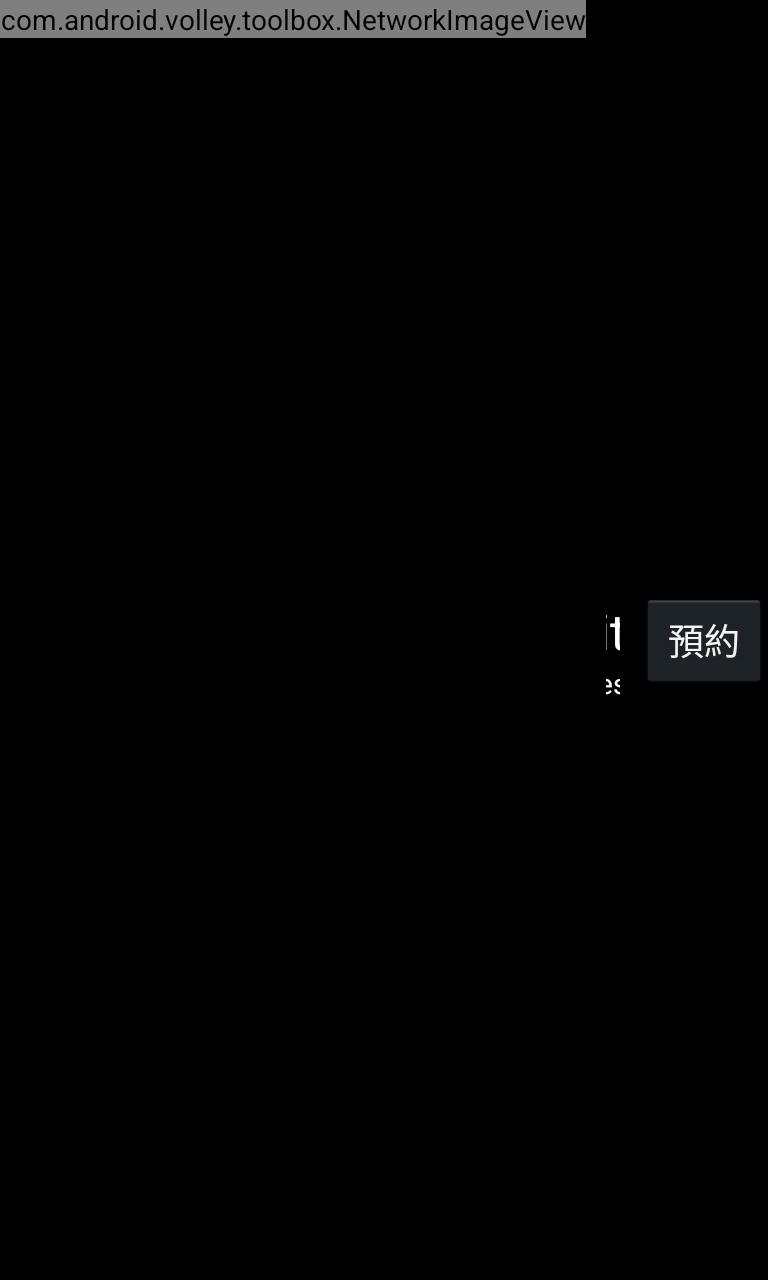
Repository: cnevinc/togather
Layout: GeorgeMe/res/layout/list_item_shop.xml
The author's editor kept a copy of each file at every save. The layout is drawn from the files as they stood at one save, then again after the next save.
Pictures or frames that could not be fetched are drawn as grey boxes. It is drawn on a 768 x 1280 px phone screen (xhdpi) without system bars, with theme android:Theme.Holo; the app's code is not run.

Above is the layout before, as saved 2014-07-26 18:48:03.

### GeorgeMe/res/layout/list_item_shop.xml
<?xml version="1.0" encoding="utf-8"?>
<FrameLayout xmlns:android="http://schemas.android.com/apk/res/android"
    android:layout_width="fill_parent"
    android:layout_height="fill_parent"
    android:layout_margin="10dp" >

    <RelativeLayout
        android:id="@+id/back"
        android:layout_width="match_parent"
        android:layout_height="match_parent"
        android:tag="back" >

        <TextView
            android:id="@+id/other_info"
            android:layout_width="wrap_content"
            android:layout_height="wrap_content"
            android:layout_alignParentLeft="true"
            android:layout_centerInParent="true"
            android:layout_toLeftOf="@+id/other_action"
            android:text="Name"
            android:textColor="#ffffff"
            android:textSize="20sp" />

        <Button
            android:id="@+id/other_action"
            android:layout_width="wrap_content"
            android:layout_height="wrap_content"
            android:layout_alignParentRight="true"
            android:text="觀看食記" >
        </Button>
    </RelativeLayout>

    <RelativeLayout
        android:id="@+id/front"
        android:layout_width="match_parent"
        android:layout_height="match_parent"
        android:background="#000000"
        android:orientation="vertical"
        android:paddingBottom="10dp"
        android:tag="front" >

        <com.android.volley.toolbox.NetworkImageView
            xmlns:app="http://schemas.android.com/apk/res-auto"
            android:id="@+id/thumbail"
            android:layout_width="wrap_content"
            android:layout_height="wrap_content"
            android:background="@drawable/ic_launcher" />

        <!-- android:layout_centerVertical="true" -->

        <RelativeLayout
            android:id="@+id/relativeLayout1"
            android:layout_width="wrap_content"
            android:layout_height="wrap_content"
            android:layout_centerInParent="true"
            android:layout_marginLeft="10dp"
            android:layout_marginRight="10dp"
            android:layout_toLeftOf="@+id/main_action"
            android:layout_toRightOf="@+id/thumbail"
            android:gravity="center" >

            <!-- android:layout_alignParentTop="true" -->

            <TextView
                android:id="@+id/title"
                android:layout_width="wrap_content"
                android:layout_height="wrap_content"
                android:layout_marginLeft="10dp"
                android:layout_marginTop="10dp"
                android:text="title"
                android:textColor="#ffffff"
                android:textSize="25sp" />

            <TextView
                android:id="@+id/desc"
                android:layout_width="wrap_content"
                android:layout_height="wrap_content"
                android:layout_below="@+id/title"
                android:layout_marginLeft="10dp"
                android:text="desc"
                android:textColor="#ffffff" />
        </RelativeLayout>

        <Button
            android:id="@+id/main_action"
            android:layout_width="wrap_content"
            android:layout_height="wrap_content"
            android:layout_alignParentRight="true"
            android:layout_centerVertical="true"
            android:text="預約" >
        </Button>
    </RelativeLayout>

</FrameLayout>

After the next save:
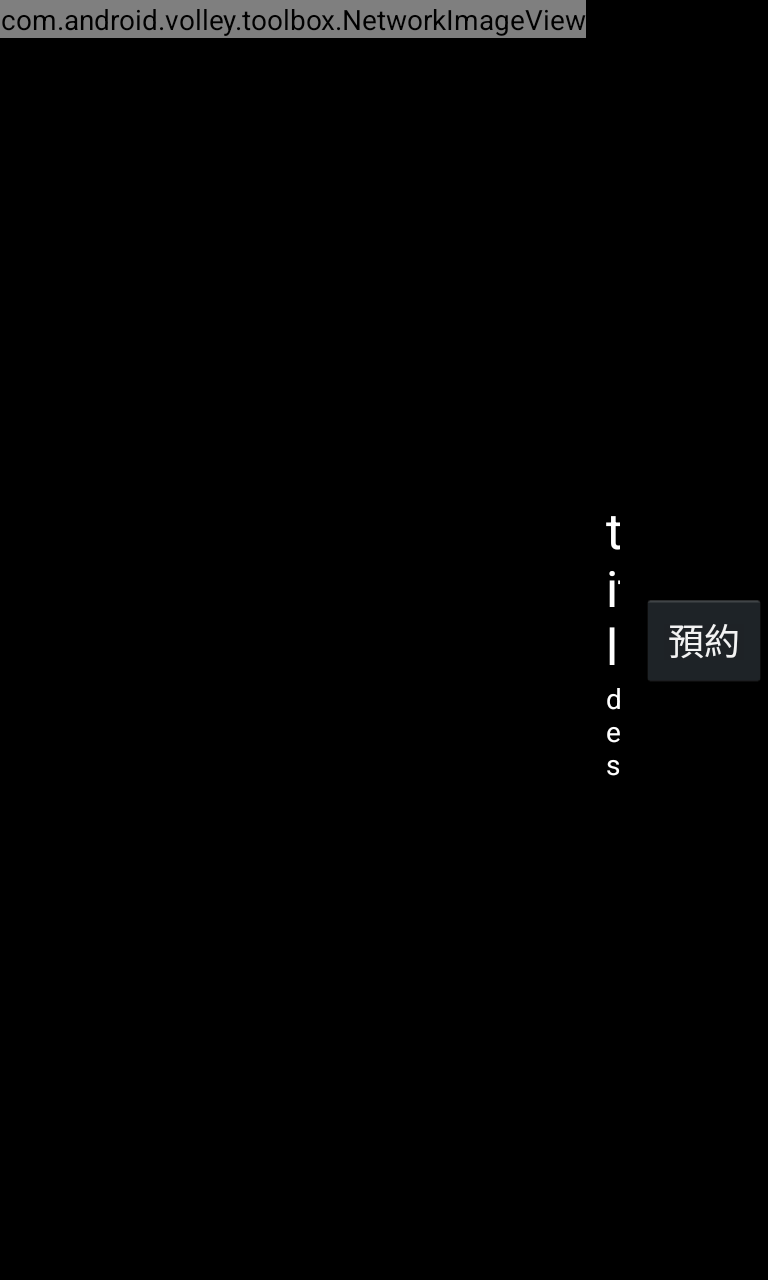
Saved 26 s later.
--- a/GeorgeMe/res/layout/list_item_shop.xml
+++ b/GeorgeMe/res/layout/list_item_shop.xml
@@ -65,8 +65,6 @@
                 android:id="@+id/title"
                 android:layout_width="wrap_content"
                 android:layout_height="wrap_content"
-                android:layout_marginLeft="10dp"
-                android:layout_marginTop="10dp"
                 android:text="title"
                 android:textColor="#ffffff"
                 android:textSize="25sp" />
@@ -76,7 +74,6 @@
                 android:layout_width="wrap_content"
                 android:layout_height="wrap_content"
                 android:layout_below="@+id/title"
-                android:layout_marginLeft="10dp"
                 android:text="desc"
                 android:textColor="#ffffff" />
         </RelativeLayout>
